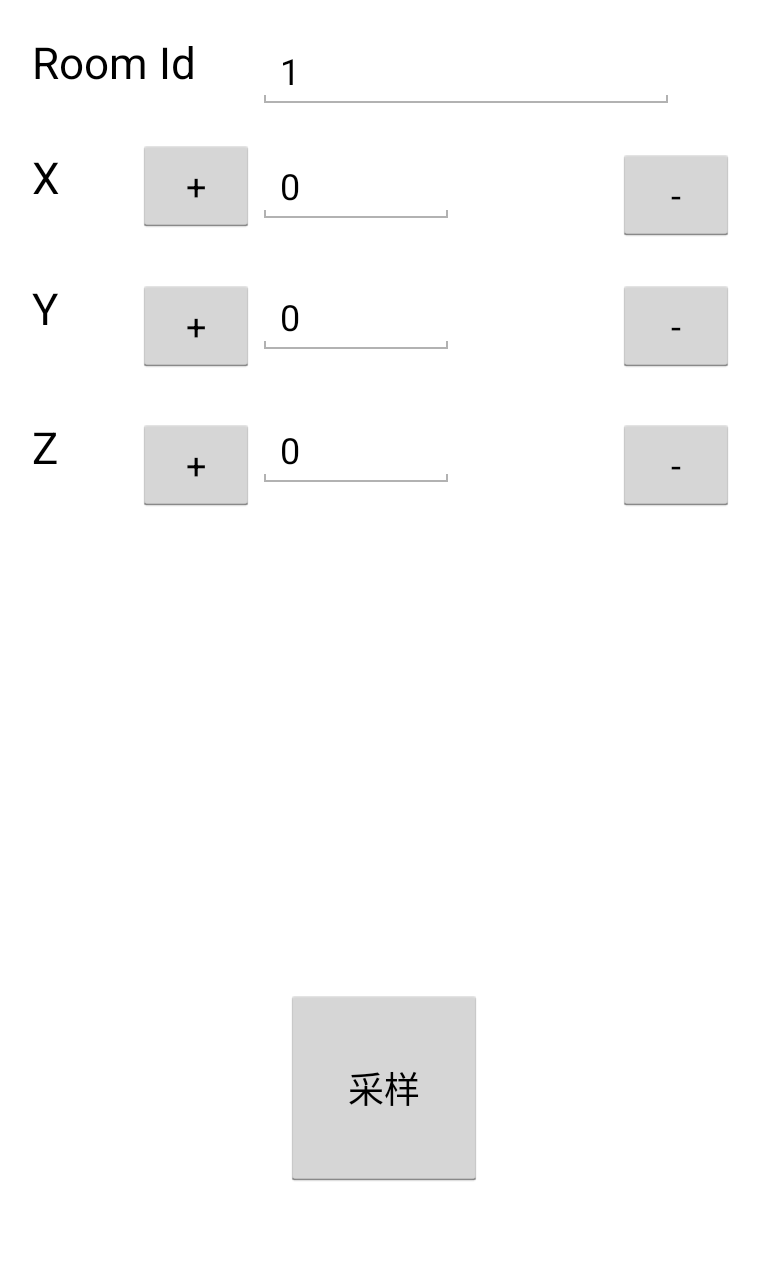
Repository: RenchuSong/tMap_Android
Layout: tmap_model_tool/res/layout/wifi_conllector.xml
The author's editor kept a copy of each file at every save. The layout is drawn from the files as they stood at one save, then again after the next save.
It is drawn on a 768 x 1280 px phone screen (xhdpi) without system bars, with theme AppTheme; the app's code is not run.

Above is the layout before, as saved 2014-04-20 11:53:39.

### tmap_model_tool/res/layout/wifi_conllector.xml
<RelativeLayout xmlns:android="http://schemas.android.com/apk/res/android"
    xmlns:tools="http://schemas.android.com/tools"
    android:layout_width="match_parent"
    android:layout_height="match_parent"
    android:paddingBottom="@dimen/activity_vertical_margin"
    android:paddingLeft="@dimen/activity_horizontal_margin"
    android:paddingRight="@dimen/activity_horizontal_margin"
    android:paddingTop="@dimen/activity_vertical_margin"
    tools:context=".WifiCollector" >

    <TextView
        android:id="@+id/textView1"
        android:layout_width="wrap_content"
        android:layout_height="wrap_content"
        android:layout_alignParentLeft="true"
        android:layout_alignParentTop="true"
        android:text="Room Id"
        android:textAppearance="?android:attr/textAppearanceLarge" />

    <TextView
        android:id="@+id/textView2"
        android:layout_width="wrap_content"
        android:layout_height="wrap_content"
        android:layout_alignLeft="@+id/textView1"
        android:layout_below="@+id/textView1"
        android:layout_marginTop="28dp"
        android:text="X"
        android:textAppearance="?android:attr/textAppearanceLarge" />

    <TextView
        android:id="@+id/textView3"
        android:layout_width="wrap_content"
        android:layout_height="wrap_content"
        android:layout_alignLeft="@+id/textView2"
        android:layout_below="@+id/textView2"
        android:layout_marginTop="36dp"
        android:text="Y"
        android:textAppearance="?android:attr/textAppearanceLarge" />

    <TextView
        android:id="@+id/textView4"
        android:layout_width="wrap_content"
        android:layout_height="wrap_content"
        android:layout_alignLeft="@+id/textView3"
        android:layout_below="@+id/textView3"
        android:layout_marginTop="40dp"
        android:text="Z"
        android:textAppearance="?android:attr/textAppearanceLarge" />

    <EditText
        android:id="@+id/roomId"
        android:layout_width="wrap_content"
        android:layout_height="wrap_content"
        android:layout_marginLeft="30dp"
        android:layout_toRightOf="@+id/textView1"
        android:ems="10"
        android:text="1" >

    </EditText>

    <EditText
        android:id="@+id/x"
        android:layout_width="100dp"
        android:layout_height="wrap_content"
        android:layout_alignLeft="@+id/roomId"
        android:layout_alignTop="@+id/textView2"
        android:ems="10"
        android:text="0"  />

    <EditText
        android:id="@+id/y"
        android:layout_width="100dp"
        android:layout_height="wrap_content"
        android:layout_alignLeft="@+id/x"
        android:layout_alignTop="@+id/textView3"
        android:ems="10"
        android:text="0" >

    </EditText>

    <EditText
        android:id="@+id/z"
        android:layout_width="100dp"
        android:layout_height="wrap_content"
        android:layout_alignBaseline="@+id/textView4"
        android:layout_alignBottom="@+id/textView4"
        android:layout_alignLeft="@+id/y"
        android:ems="10"
        android:text="0" />

    <Button
        android:id="@+id/scan"
        android:layout_width="100dp"
        android:layout_height="100dp"
        android:layout_alignParentBottom="true"
        android:layout_centerHorizontal="true"
        android:layout_marginBottom="30dp"
        android:text="采样" />

    <Button
        android:id="@+id/up_x"
        android:layout_width="60dp"
        android:layout_height="wrap_content"
        android:layout_alignBaseline="@+id/x"
        android:layout_alignBottom="@+id/x"
        android:layout_toLeftOf="@+id/x"
        android:text="+" />

    <Button
        android:id="@+id/up_y"
        android:layout_width="60dp"
        android:layout_height="wrap_content"
        android:layout_alignLeft="@+id/up_x"
        android:layout_alignTop="@+id/y"
        android:text="+" />

    <Button
        android:id="@+id/up_z"
        android:layout_width="60dp"
        android:layout_height="wrap_content"
        android:layout_alignLeft="@+id/up_y"
        android:layout_alignTop="@+id/textView4"
        android:text="+" />

    <Button
        android:id="@+id/down_x"
        android:layout_width="60dp"
        android:layout_height="wrap_content"
        android:layout_alignParentRight="true"
        android:layout_alignTop="@+id/x"
        android:text="-" />

    <Button
        android:id="@+id/down_y"
        android:layout_width="60dp"
        android:layout_height="wrap_content"
        android:layout_alignParentRight="true"
        android:layout_alignTop="@+id/y"
        android:text="-" />

    <Button
        android:id="@+id/down_z"
        android:layout_width="60dp"
        android:layout_height="wrap_content"
        android:layout_alignBaseline="@+id/up_z"
        android:layout_alignBottom="@+id/up_z"
        android:layout_alignLeft="@+id/down_y"
        android:text="-" />

</RelativeLayout>

Loaded but not shown: tmap_model_tool/res/values/styles.xml (common file); tmap_model_tool/res/values-v11/styles.xml (common file); tmap_model_tool/res/values-v14/styles.xml (common file); tmap_model_tool/res/values/dimens.xml (common file)

After the next save:
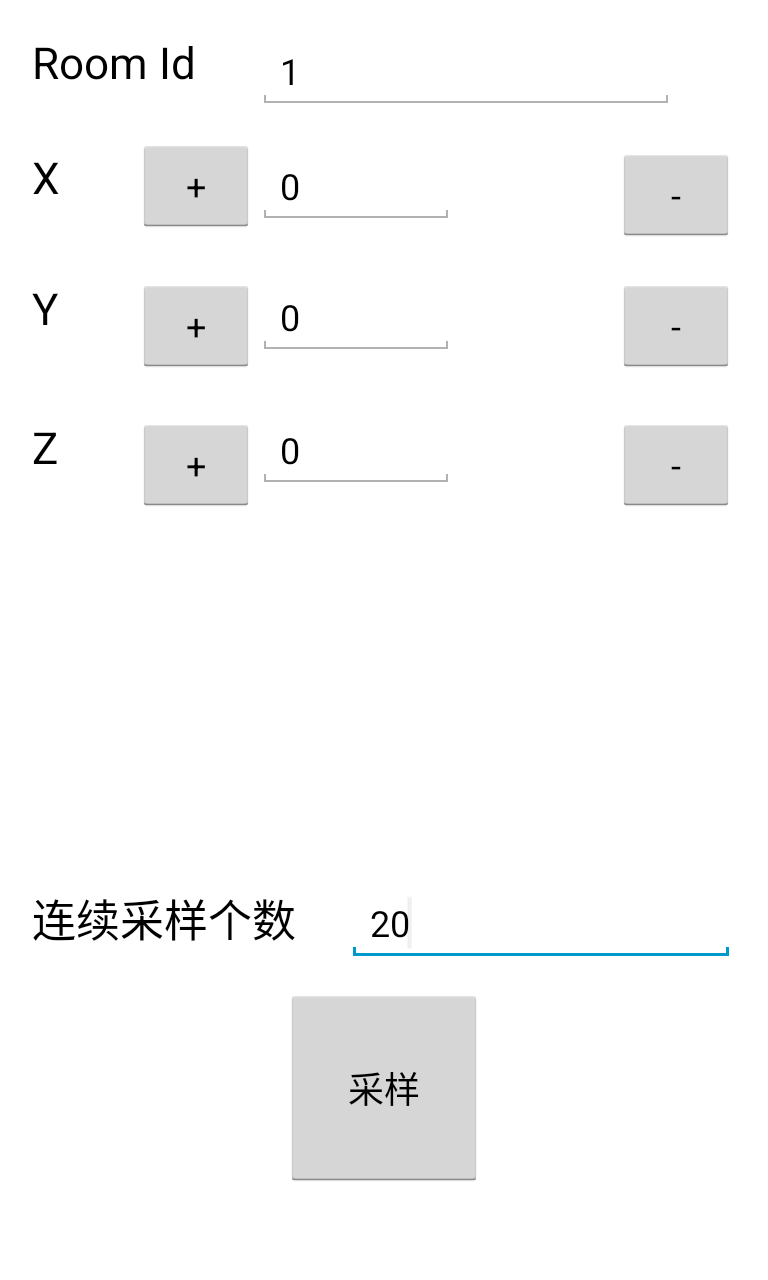
Saved 2 min 7 s later.
--- a/tmap_model_tool/res/layout/wifi_conllector.xml
+++ b/tmap_model_tool/res/layout/wifi_conllector.xml
@@ -147,4 +147,28 @@
         android:layout_alignLeft="@+id/down_y"
         android:text="-" />
 
+    <TextView
+        android:id="@+id/textView5"
+        android:layout_width="wrap_content"
+        android:layout_height="wrap_content"
+        android:layout_above="@+id/scan"
+        android:layout_alignLeft="@+id/textView4"
+        android:layout_marginBottom="19dp"
+        android:text="连续采样个数"
+        android:textAppearance="?android:attr/textAppearanceLarge" />
+
+    <EditText
+        android:id="@+id/editText1"
+        android:layout_width="wrap_content"
+        android:layout_height="wrap_content"
+        android:layout_alignBaseline="@+id/textView5"
+        android:layout_alignBottom="@+id/textView5"
+        android:layout_marginLeft="25dp"
+        android:layout_toRightOf="@+id/textView5"
+        android:ems="10"
+        android:text="20" >
+
+        <requestFocus />
+    </EditText>
+
 </RelativeLayout>
